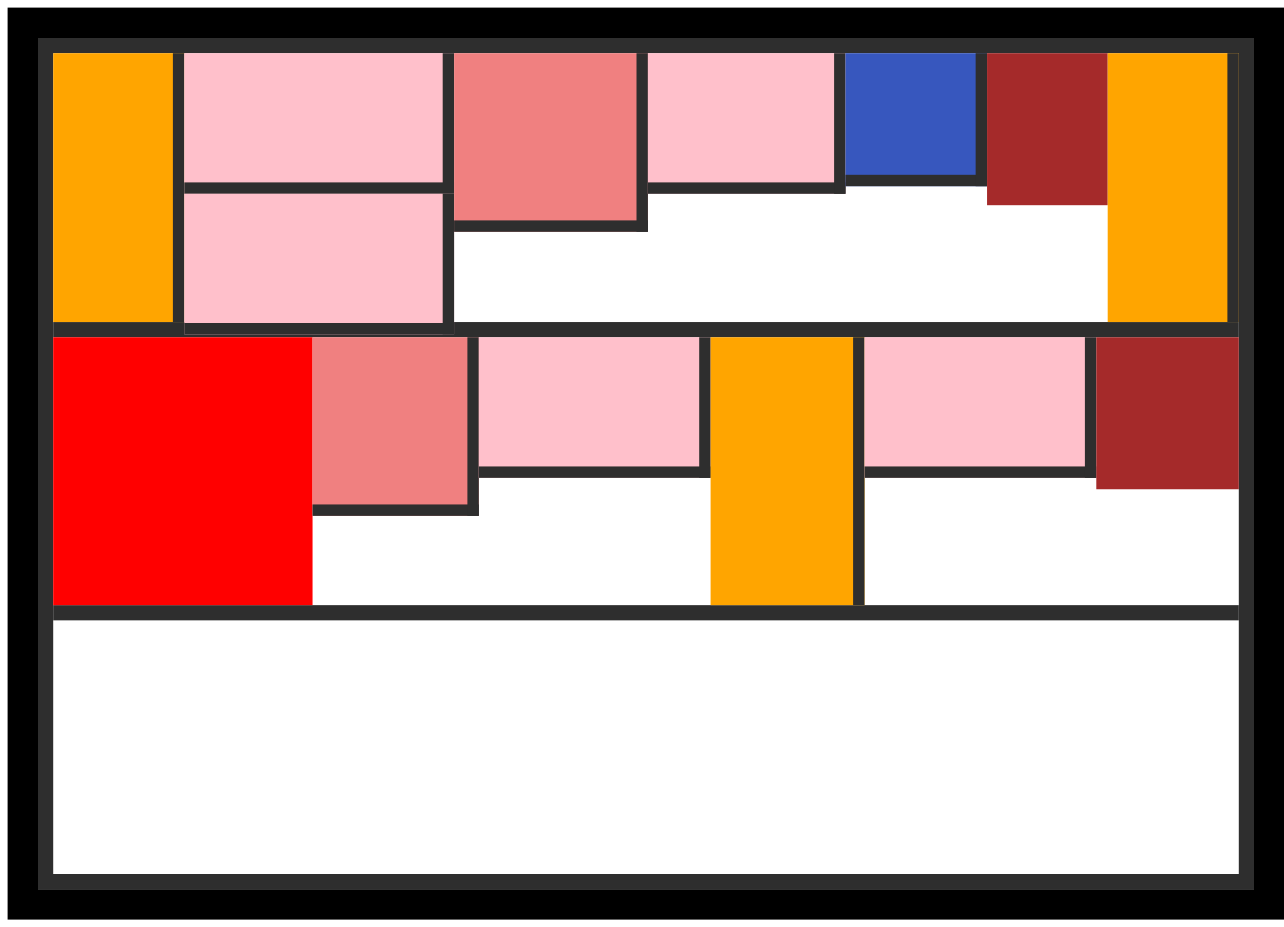
Repository: Tsardines/mondrian
Page: index.html
An editor plug-in stored every save of this project. The page is shown before and after the next save, followed by the edit.
The browser window is 1280 px wide. The page is 1352 px wide, so the pictures cover 1352 px, including what lies to the right of the window. The pictures show the whole page, at 95% of full size.
Some web fonts or font styles are not loaded; a fallback is used.

Above is the page before, as saved 2019-10-20 16:50:12.

After the next save:
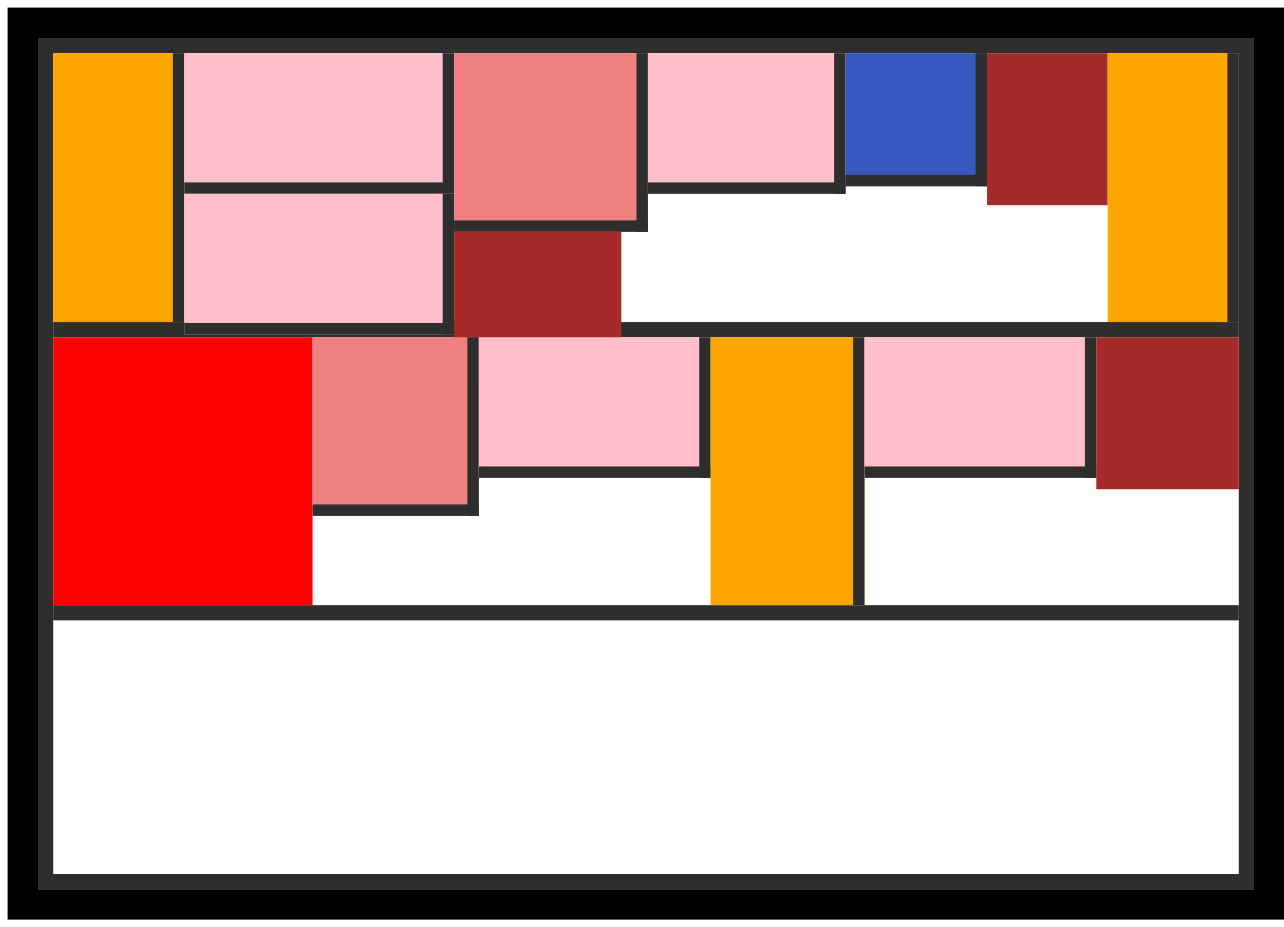
Saved 19 s later.
--- a/index.html
+++ b/index.html
@@ -24,6 +24,7 @@
 
                     <div class="grid__top--cont">
                             <div class="sq--hori"></div>
+                            <div class="sq--sm"></div>
                     </div>
 
 
